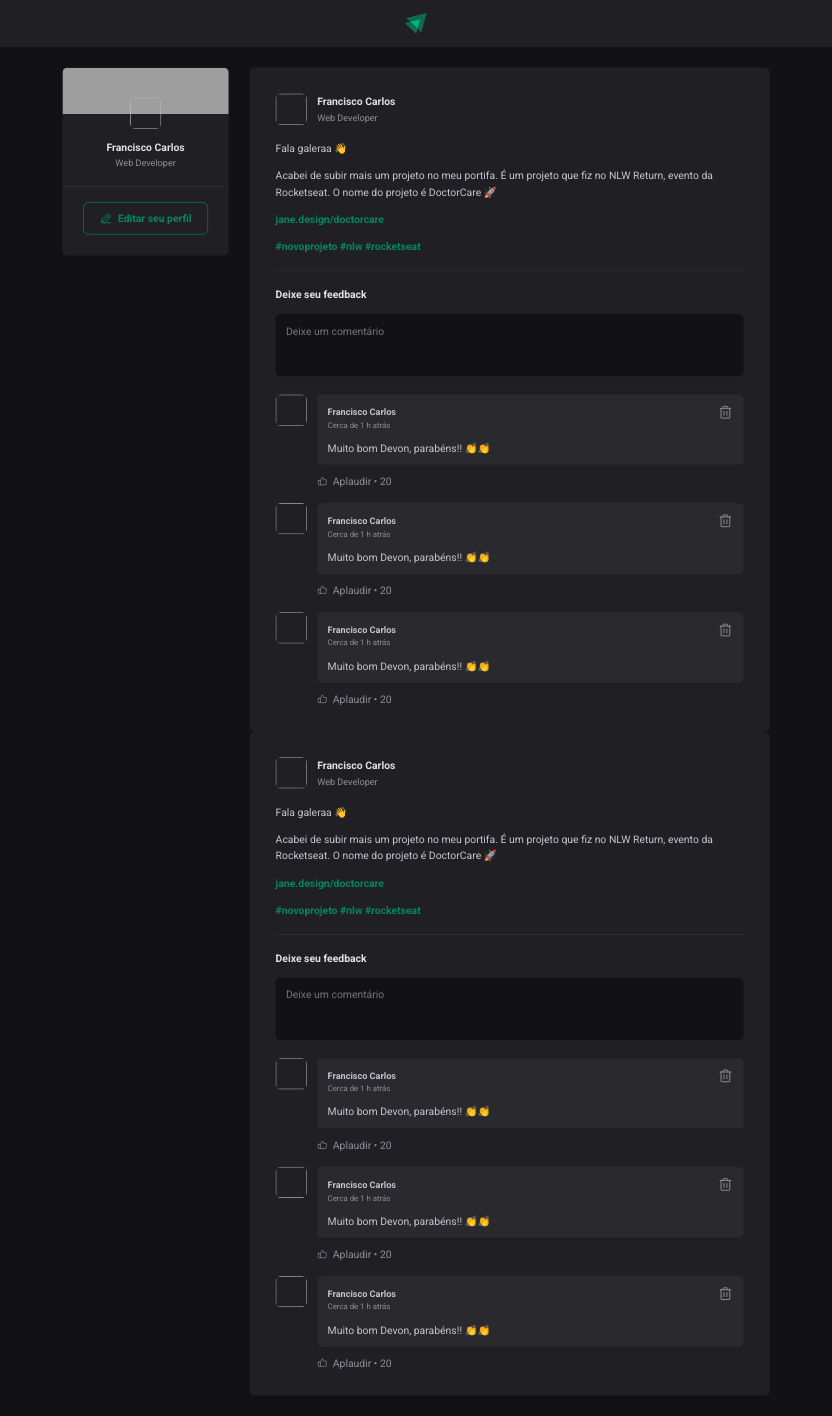
Repository: ch1coon/AulasRocketseat
Page: / (app in Ignite/aulas/01-fundamentos-reactjs/)
The author's editor kept a copy of each file at every save. The page is drawn from the files as they stood at one save, then again after the next save.
The browser window is 1280 px wide. The pictures show the whole page, at 65% of full size.
Pictures or frames that could not be fetched are drawn as grey boxes. The project was rebuilt for these pictures with package versions that can differ from the ones it lists, and the page was loaded fresh each time. Also part of the build but not shown: Ignite/aulas/01-fundamentos-reactjs/vite.config.js.

Above is the page before, as saved 2023-08-12 09:30:28.

### Ignite/aulas/01-fundamentos-reactjs/index.html
<!DOCTYPE html>
<html lang="en">
  <head>
    <meta charset="UTF-8" />
    <link rel="preconnect" href="https://fonts.googleapis.com" />
    <link rel="preconnect" href="https://fonts.gstatic.com" crossorigin />

    <link rel="icon" type="image/svg+xml" href="/vite.svg" />
    <meta name="viewport" content="width=device-width, initial-scale=1.0" />

    <link
      href="https://fonts.googleapis.com/css2?family=Roboto:wght@400;700&display=swap"
      rel="stylesheet"
    />
    <title>Vite + React</title>
  </head>
  <body>
    <div id="root"></div>
    <script type="module" src="/src/main.jsx"></script>
  </body>
</html>

### Ignite/aulas/01-fundamentos-reactjs/src/App.jsx
import { Post } from "./components/Post";
import { Header } from "./components/Header";
import { Sidebar } from "./components/Sidebar";

import styles from "./App.module.css";

import "./global.css";

export function App() {
  return (
    <div>
      <Header />

      <div className={styles.wrapper}>
        <Sidebar/>
        <main>
          <Post
            author="Diego Fernandes"
            content="Lorem ipsum dolor sit amet consectetur adipisicing elit. Rerum dolorem fuga odio voluptas voluptate rem dolores earum culpa, voluptatibus id nisi, qui, quae tempore quas facilis numquam blanditiis modi autem."
          />
          <Post
            author="Gabriel Guzzi"
            content="Lorem ipsum dolor sit amet consectetur adipisicing elit. Rerum dolorem fuga odio voluptas voluptate rem dolores earum culpa, voluptatibus id nisi, qui, quae tempore quas facilis numquam blanditiis modi autem."
          />
        </main>
      </div>
    </div>
  );
}

### Ignite/aulas/01-fundamentos-reactjs/src/components/Post.jsx
import { Avatar } from "./Avatar";
import { Comment } from "./Comment";
import styles from "./Post.module.css";

export function Post() {
  return (
    <article className={styles.post}>
      <header>
        <div className={styles.author}>
          <Avatar src="https://github.com/ch1coon.png" />
          <div className={styles.authorInfo}>
            <strong>Francisco Carlos</strong>
            <span>Web Developer</span>
          </div>
        </div>

        <time title="11 de Maio às 08:51" dateTime="2023-07-26 08:49:38"></time>
      </header>

      <div className={styles.content}>
        <p>Fala galeraa 👋</p>

        <p>
          Acabei de subir mais um projeto no meu portifa. É um projeto que fiz
          no NLW Return, evento da Rocketseat. O nome do projeto é DoctorCare 🚀
        </p>

        <p>
          <a href="">jane.design/doctorcare</a>
        </p>

        <p>
          <a href="">#novoprojeto</a> <a href="">#nlw</a>{" "}
          <a href="">#rocketseat</a>{" "}
        </p>
      </div>

      <form className={styles.commentForm}>
        <strong>Deixe seu feedback</strong>
        <textarea placeholder="Deixe um comentário" />

        <footer>
          <button type="submit">Publicar</button>
        </footer>
      </form>

      <div className={styles.commentList}>
        <Comment />
        <Comment />
        <Comment />
      </div>
    </article>
  );
}

### Ignite/aulas/01-fundamentos-reactjs/src/components/Header.jsx
import styles from "./Header.module.css";

import igniteLogo from '../assets/Ignite-logo.svg';

export function Header() {
  return (
    <header className={styles.header}>
      <img src={igniteLogo} alt="Logotipo do Ignite" />
    </header>
  );
}

### Ignite/aulas/01-fundamentos-reactjs/src/components/Sidebar.jsx
import { PencilLine } from "phosphor-react";

import styles from "./Sidebar.module.css";
import { Avatar } from "./Avatar";

export function Sidebar() {
  return (
    <aside className={styles.sidebar}>
      <img
        className={styles.cover}
        src="https://images.unsplash.com/photo-1571757767119-68b8dbed8c97?ixlib=rb-4.0.3&ixid=M3wxMjA3fDB8MHxwaG90by1wYWdlfHx8fGVufDB8fHx8fA%3D%3D&auto=format&fit=crop&w=500&q=50"
      />
      <div className={styles.profile}>
        <Avatar src="https://github.com/ch1coon.png" />
        <strong> Francisco Carlos</strong>
        <span>Web Developer</span>
      </div>

      <footer>
        <a href="#">
          <PencilLine size={20} />
          Editar seu perfil
        </a>
      </footer>
    </aside>
  );
}

### Ignite/aulas/01-fundamentos-reactjs/src/App.module.css
.wrapper {
    max-width: 70rem;
    margin: 2rem auto;
    padding: 0 1rem;

    display: grid;
    grid-template-columns: 256px 1fr;
    gap: 2rem;
    align-items: flex-start;

}

### Ignite/aulas/01-fundamentos-reactjs/src/global.css
:root {
  --white: #fff;
  --gray-100: #e1e1e6;
  --gray-300: #c4c4cc;
  --gray-400: #8d8d99;
  --gray-600: #323238;
  --gray-700: #29292e;
  --gray-800: #202024;
  --gray-900: #121214;

  --green-300: #00837e;
  --green-500: #00875f;

  --red-500: #f75a68;
}

:focus {
  outline: transparent;
  box-shadow: 0 0 0 2px var(--green-500);
}

* {
  margin: 0;
  padding: 0;
  box-sizing: border-box;
}

body {
  background: var(--gray-900);
  color: var(--gray-300);
  -webkit-font-smoothing: antialiased;
}

body,
input,
textarea,
button {
  font-family: "Roboto", sans-serif;
  font-weight: 400;
  font-size: 1rem;
}

### Ignite/aulas/01-fundamentos-reactjs/src/components/Avatar.jsx
import styles from "./Avatar.module.css";

export function Avatar(props) {
  const hasBorder = props.hasBorder != false;

  return (
    <img
      className={props.hasBorder ? styles.avatarWithBorder : styles.avatar}
      src={props.source}
    />
  );
}

### Ignite/aulas/01-fundamentos-reactjs/src/components/Comment.jsx
import { Avatar } from "./Avatar";
import styles from "./Comment.module.css";
import { ThumbsUp, Trash } from "phosphor-react";

export function Comment() {
  return (
    <div className={styles.comment}>
      <Avatar src="https://github.com/ch1coon.png" />

      <div className={styles.commentBox}>
        <div className={styles.commentContent}>
          <header>
            <div className={styles.authorAndTime}>
              <strong>Francisco Carlos</strong>
              <time title="11 de Maio às 08:51" dateTime="2023-07-26 08:49:38">
                Cerca de 1 h atrás
              </time>
            </div>
            <button title="Deletar comentário">
              <Trash size={24} />
            </button>
          </header>

          <p>Muito bom Devon, parabéns!! 👏👏</p>
        </div>
        <footer>
          <button>
            <ThumbsUp />
            Aplaudir <span>20</span>
          </button>
        </footer>
      </div>
    </div>
  );
}

### Ignite/aulas/01-fundamentos-reactjs/src/components/Post.module.css
.post {
  background: var(--gray-800);
  border-radius: 8px;
  padding: 2.5rem;
}

.post + post {
  margin-top: 2rem;
}

.content {
  line-height: 1.6;
  color: var(--gray-300);
  margin-top: 1.5rem;
}

.content p {
  margin-top: 1rem;
}

.content a {
  font-weight: bold;
  color: var(--green-500);
  text-decoration: none;
}

.content a:hover {
  color: var(--green-300);
}

.post > header {
  display: flex;
  align-items: center;
  justify-content: space-between;
}

.post > header time {
  font-size: 0.875rem;
  color: var(--gray-400);
}

.author {
  display: flex;
  align-items: center;
  gap: 1rem;
}

.authorInfo strong {
  display: block;
  color: var(--gray-100);
  line-height: 1.6;
}

.authorInfo span {
  display: block;
  font-size: 0.875rem;
  color: var(--gray-400);
  line-height: 1.6;
}

.commentForm {
  width: 100%;
  margin-top: 1.5rem;
  padding-top: 1.5rem;
  border-top: 1px solid var(--gray-600);
}

.commentForm > strong {
  line-height: 1.6;
  color: var(--gray-100);
}

.commentForm textarea {
  width: 100%;
  background: var(--gray-900);
  border: 0;
  resize: none;
  height: 6rem;
  padding: 1rem;
  border-radius: 8px;
  color: var(--gray-100);
  line-height: 1.4;
  margin-top: 1rem;
}

.commentForm footer {
  visibility: hidden;
  max-height: 0;
}

.commentForm:focus-within footer {
  visibility: visible;
  max-height: none;
}

.commentForm button[type="submit"] {
  padding: 1rem 1.5rem;
  margin-top: 1rem;
  border-radius: 8px;
  border: 0;
  background: var(--green-500);
  color: var(--white);
  font-weight: bold;
  cursor: pointer;
  transition: background-color 0.1s;
}

.commentForm button[type="submit"]:hover {
  background: var(--green-300);
}

### Ignite/aulas/01-fundamentos-reactjs/src/components/Header.module.css
.header {
  background: var(--gray-800);
  display: flex;
  justify-content: center;
  padding: 1.25rem 0 ;
}

.header img {
    height: 2rem;
}

### Ignite/aulas/01-fundamentos-reactjs/src/components/Sidebar.module.css
.sidebar {
  background: var(--gray-800);
  border-radius: 8px;
  overflow: hidden;
}

.cover {
  width: 100%;
  height: 72px;
  object-fit: cover;
}

.profile {
  display: flex;
  flex-direction: column;
  align-items: center;

  margin-top: calc(0px - 1.5rem - 6px);
}

.profile strong {
  margin-top: 1rem;
  color: var(--gray-100);
  line-height: 1.6;
}

.profile span {
  font-size: 0.875rem;
  color: var(--gray-400);
  line-height: 1.6;
}

.sidebar footer {
  border-top: 1px solid var(--gray-600);
  margin-top: 1.5rem;
  padding: 1.5rem 2rem 2rem;
}

.sidebar footer a {
  background: transparent;
  color: var(--green-500);
  border: 1px solid var(--green-500);
  border-radius: 8px;
  height: 50px;
  padding: 0 1.5rem;
  font-weight: bold;
  display: block;
  text-decoration: none;
  display: flex;
  align-items: center;
  justify-content: center;

  gap: 0.5rem;

  transition: color 0.1s, background-color 0.1s;
}

.sidebar footer a:hover {
  background: var(--green-500);
  color: var(--white);
}

### Ignite/aulas/01-fundamentos-reactjs/src/components/Comment.module.css
.comment {
  margin-top: 1.5rem;
  display: flex;
  gap: 1rem;
}

.comment > img {
  width: 3rem;
  height: 3rem;
  border-radius: 8px;
}

.commentBox {
  flex: 1;
}

.commentContent {
  background: var(--gray-700);
  border-radius: 8px;
  padding: 1rem;
}

.commentContent header {
  display: flex;
  align-items: flex-start;
  justify-content: space-between;
}

.authorAndTime strong {
  display: block;
  font-size: 0.875rem;
  line-height: 1.6;
}

.authorAndTime time {
  display: block;
  font-size: 0.75rem;
  line-height: 1.6;
  color: var(--gray-400);
}

.commentContent header button {
  background: transparent;
  border: 0;
  color: var(--gray-400);
  cursor: pointer;
  line-height: 0;
  border-radius: 2px;
}

.commentContent header button:hover {
  color: var(--red-500);
}

.commentContent p {
  margin-top: 1rem;
  color: var(--gray-300);
}

.commentBox footer {
  margin-top: 1rem;
}

.commentBox footer button {
  background: transparent;
  border: 0;
  color: var(--gray-400);
  cursor: pointer;
  display: flex;
  align-items: center;
  border-radius: 2px;
}

.commentBox footer button:hover {
  color: var(--green-300);
}

.commentBox footer button svg {
  margin-right: 0.5rem;
}

.commentBox footer button span::before {
  content: "\2022";
  padding: 0 0.25rem;
}

Loaded but not shown: Ignite/aulas/01-fundamentos-reactjs/src/main.jsx (common file); Ignite/aulas/01-fundamentos-reactjs/src/components/Avatar.module.css (common file)

After the next save:
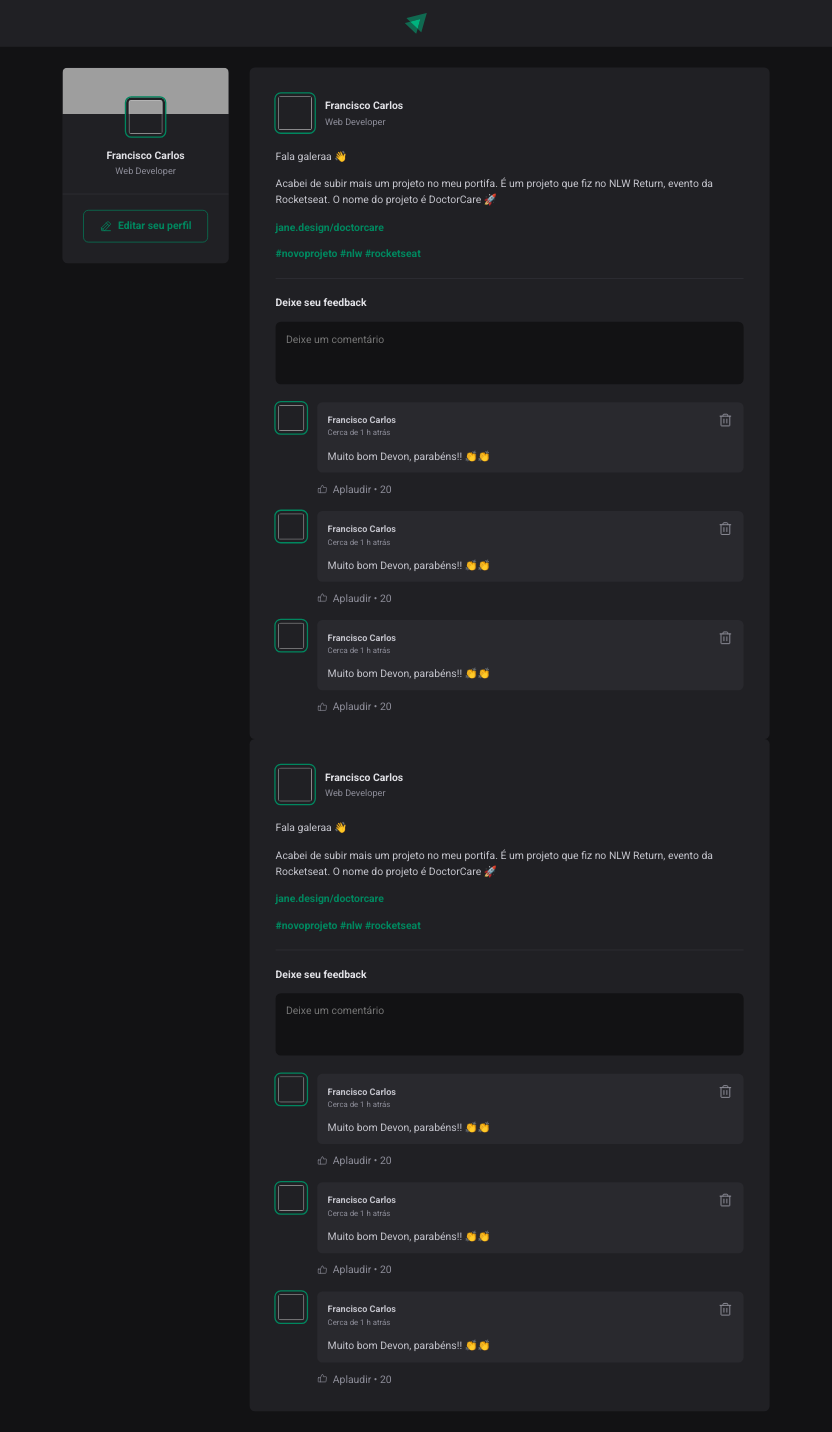
Saved 11 s later.
--- a/Ignite/aulas/01-fundamentos-reactjs/src/components/Avatar.jsx
+++ b/Ignite/aulas/01-fundamentos-reactjs/src/components/Avatar.jsx
@@ -5,7 +5,7 @@ export function Avatar(props) {
 
   return (
     <img
-      className={props.hasBorder ? styles.avatarWithBorder : styles.avatar}
+      className={hasBorder ? styles.avatarWithBorder : styles.avatar}
       src={props.source}
     />
   );
